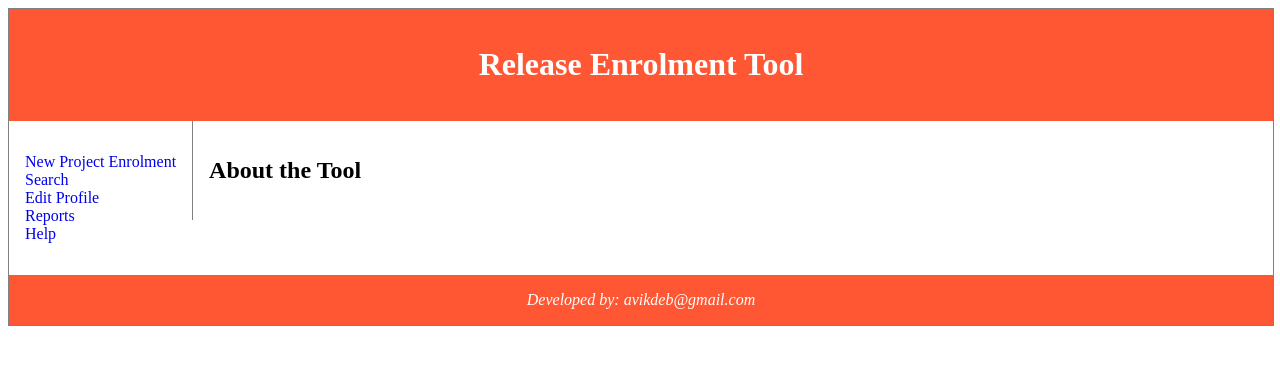
Repository: guribrar/enrolmentapp
Page: http://localhost/enrolmentapp/testlogin.jsp
An editor plug-in stored every save of this project. The page is shown before and after the next save, followed by the edit.
The browser window is 1280 px wide. The pictures show the whole page.
The page is served by Tomcat 9. Other server files are loaded and not shown.

Above is the page before, as saved 2016-12-31 15:54:06.

### enrolmentapp/WebContent/testlogin.jsp
<%@ page language="java" contentType="text/html; charset=ISO-8859-1"
    pageEncoding="ISO-8859-1"%>

<%@ taglib uri="http://java.sun.com/jsp/jstl/sql" prefix="sql" %>
<%@ taglib uri="http://java.sun.com/jsp/jstl/core" prefix="c" %>

<!DOCTYPE html>
<html>
<head>
<style>
div.container {
    width: 100%;
    border: 1px solid gray;
}

header, footer {
    padding: 1em;
    color: white;
    background-color: #FF5733;
    clear: left;
    text-align: center;
}

nav {
    float: left;
    max-width: 160px;
    margin: 0;
    padding: 1em;
}

nav ul {
    list-style-type: none;
    padding: 0;
}

nav ul a {
    text-decoration: none;
}

article {
    margin-left: 170px;
    border-left: 1px solid gray;
    padding: 1em;
    overflow: hidden;
}
</style>
</head>
<body>

<div class="container">

<header>
   <h1>Release Enrolment Tool</h1>
</header>

<nav>
  <ul>
    <li><a href="#">New Project Enrolment</a></li>
    <li><a href="#">Search</a></li>
    <li><a href="#">Edit Profile</a></li>
    <li><a href="#">Reports</a></li>
    <li><a href="#">Help</a></li>
  </ul>
</nav>

<article>
  <h1>About the Tool</h1>
  <p>

</article>

<footer><i>Developed by: avikdeb@gmail.com</i></footer>

</div>

</body>
</html>

After the next save:
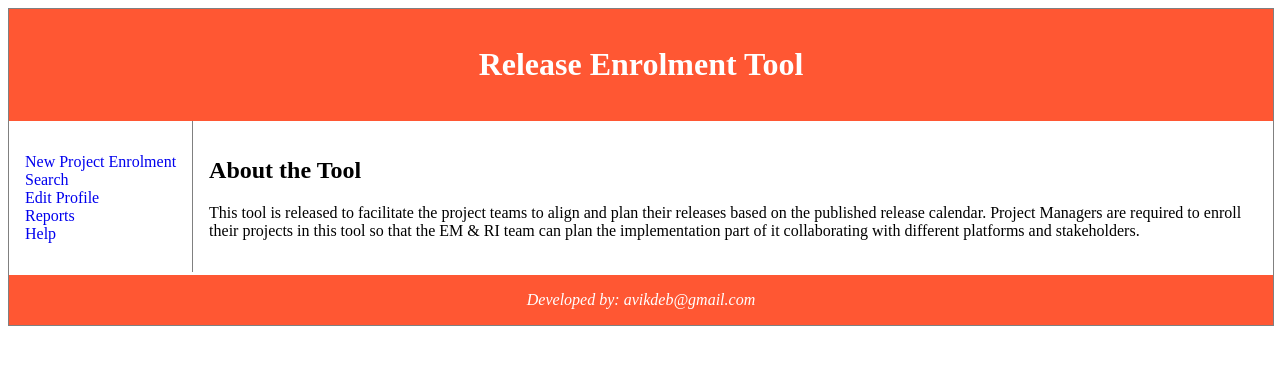
Saved 3 min 36 s later.
--- a/enrolmentapp/WebContent/testlogin.jsp
+++ b/enrolmentapp/WebContent/testlogin.jsp
@@ -66,7 +66,9 @@ article {
 <article>
   <h1>About the Tool</h1>
   <p>
-
+  This tool is released to facilitate the project teams to align and plan their releases based on the published release calendar.
+  Project Managers are required to enroll their projects in this tool so that the EM & RI team can plan the implementation part of it
+  collaborating with different platforms and stakeholders.
 </article>
 
 <footer><i>Developed by: avikdeb@gmail.com</i></footer>
